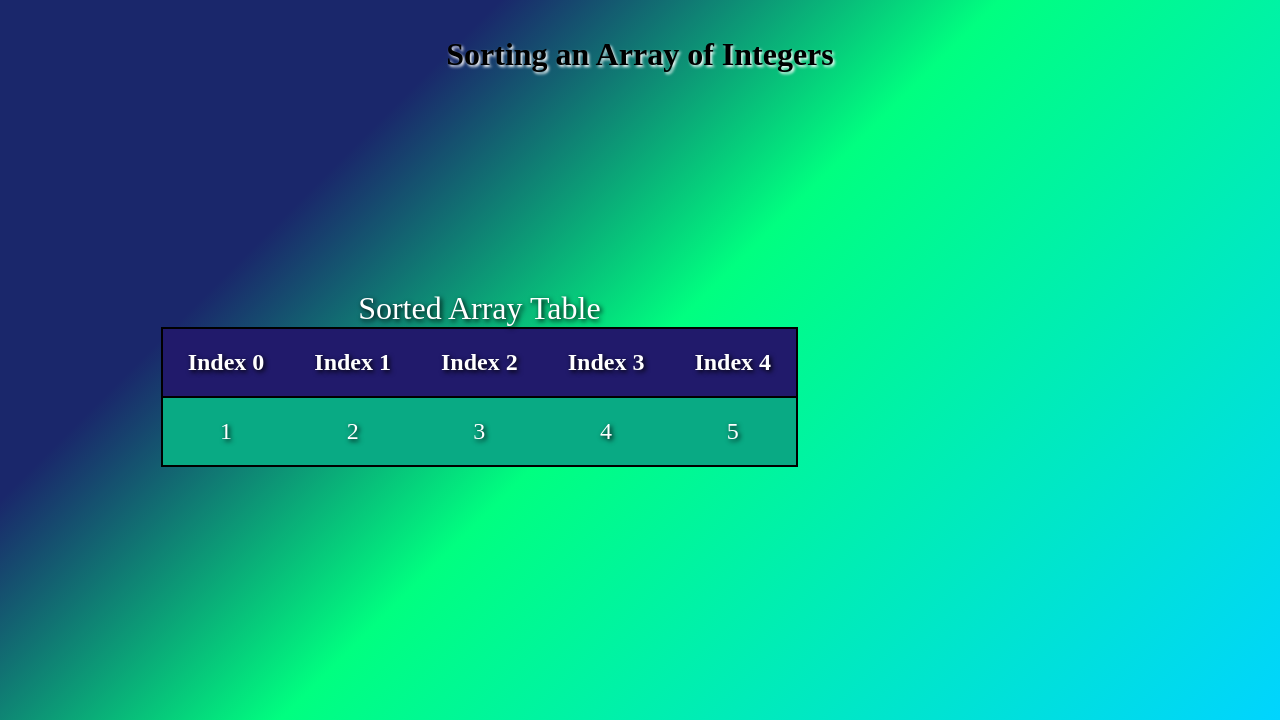
Repository: mlmEFSC21/P16-Sorting-Integers
Page: sort.html
These files come from the project's save history. The page is drawn as it stood at one moment and after the next save; the edit follows.
The browser window is 1280 px wide. The pictures show the whole page.

Above is the page before, as saved 2022-03-25 14:17:00.

### sort.html
<!DOCTYPE html>
<html lang="en">
    <head>
        <meta charset="UTF-8" />
        <meta http-equiv="X-UA-Compatible" content="IE=edge" />
        <meta name="viewport" content="width=device-width, initial-scale=1.0" />
        <link rel="stylesheet" href="sort.css" />
        <script defer src="sort.js"></script>
        <title>Array Sorting</title>
    </head>
    <body>
        <header class="mainHeader">
            <h1>Sorting an Array of Integers</h1>
        </header>
        <section>
            <div class="arrayContainer" id="arrayContainer">
                <!-- <table class="unsortedTable" id="unsortedTable">
                    <caption>
                        Unsorted Array Table
                    </caption>
                    <thead>
                        <tr class="theadRow">
                            <th>Index 0</th>
                            <th>Index 1</th>
                            <th>Index 2</th>
                            <th>Index 3</th>
                            <th>Index 4</th>
                        </tr>
                    </thead>
                    <tbody>
                        <tr>
                            <td>2</td>
                            <td>5</td>
                            <td>1</td>
                            <td>4</td>
                            <td>3</td>
                        </tr>
                    </tbody>
                </table> -->
                <table class="sortedTable" id="sortedTable">
                    <caption>
                        Sorted Array Table
                    </caption>
                    <thead>
                        <th>Index 0</th>
                        <th>Index 1</th>
                        <th>Index 2</th>
                        <th>Index 3</th>
                        <th>Index 4</th>
                    </thead>
                    <tbody>
                        <tr>
                            <td>1</td>
                            <td>2</td>
                            <td>3</td>
                            <td>4</td>
                            <td>5</td>
                        </tr>
                    </tbody>
                </table>
            </div>
        </section>
    </body>
</html>

### sort.css
:root {
    --clr-background: #00ff8f;
    --clr-primary-T1: hsl(184, 100%, 50%);
    --clr-primary-T2: hsl(245, 61%, 26%);
    --clr-secondary-T1: hsl(124, 100%, 50%);
    --clr-secondary-T2: hsl(166, 90%, 35%);
}
*,
*::after,
*::before {
    box-sizing: border-box;
    margin: 0;
    padding: 0;
}
body {
    font-size: 0.875;
    text-shadow: 1.75px 1.75px 3px white;
    background-color: var(--clr-background);
    background-repeat: no-repeat;
    background-size: cover;
    background: linear-gradient(
        135deg,
        rgba(26, 39, 107, 1) 25%,
        rgba(0, 255, 128, 1) 50%,
        rgba(0, 212, 255, 1) 100%
    );
    height: 100vh;
}
.mainHeader {
    height: 15vh;
    display: flex;
    align-items: center;
    justify-content: center;
}
.arrayContainer {
    height: min(75vh, 640px);
    display: flex;
    align-items: center;
    justify-content: space-around;
}
table {
    border-collapse: collapse;
    font-size: 1.5rem;
    border: 2px solid black;
}
caption {
    font-size: 2rem;
}
thead {
    border-bottom: 2px solid black;
}
th,
td {
    margin: 10px 15px;
    padding: 20px 25px;
}
.unsortedTable th {
    background-color: var(--clr-primary-T1);
}
.unsortedTable td {
    background-color: var(--clr-secondary-T1);
    text-align: center;
}
.sortedTable {
    color: white;
    text-shadow: 1.75px 1.75px 5px black;
}
.sortedTable th {
    background-color: var(--clr-primary-T2);
}
.sortedTable td {
    background-color: var(--clr-secondary-T2);
    text-align: center;
}

### sort.js
//hardcoded array to create logic for the sort.
const unsortedArray = [];
const sortedArray = unsortedArray.sort((a, b) => a - b);
const arrayContainer = document.querySelector("#arrayContainer");
const unsortedTable = document.createElement("table");
unsortedTable.setAttribute("class", "unsortedTable");
arrayContainer.append(unsortedTable);

const sortedTable = document.createElement("table");

// let i = 0;
// while (i < 5) {
//     unsortedArray[i] = parseInt(prompt("Please enter an integer."));
//     i++;
// }

console.log(unsortedArray);
console.log(sortedArray);

// prettier-ignore
// document.getElementById("unsorted").innerText =
// `${unsortedArray[0]} ${unsortedArray[1]} ${unsortedArray[2]} ${unsortedArray[3]} ${unsortedArray[4]} `;

// // prettier-ignore
// document.getElementById("sorted").innerText =
// `${sortedArray[0]} ${sortedArray[1]} ${sortedArray[2]} ${sortedArray[3]} ${sortedArray[4]} `;

After the next save:
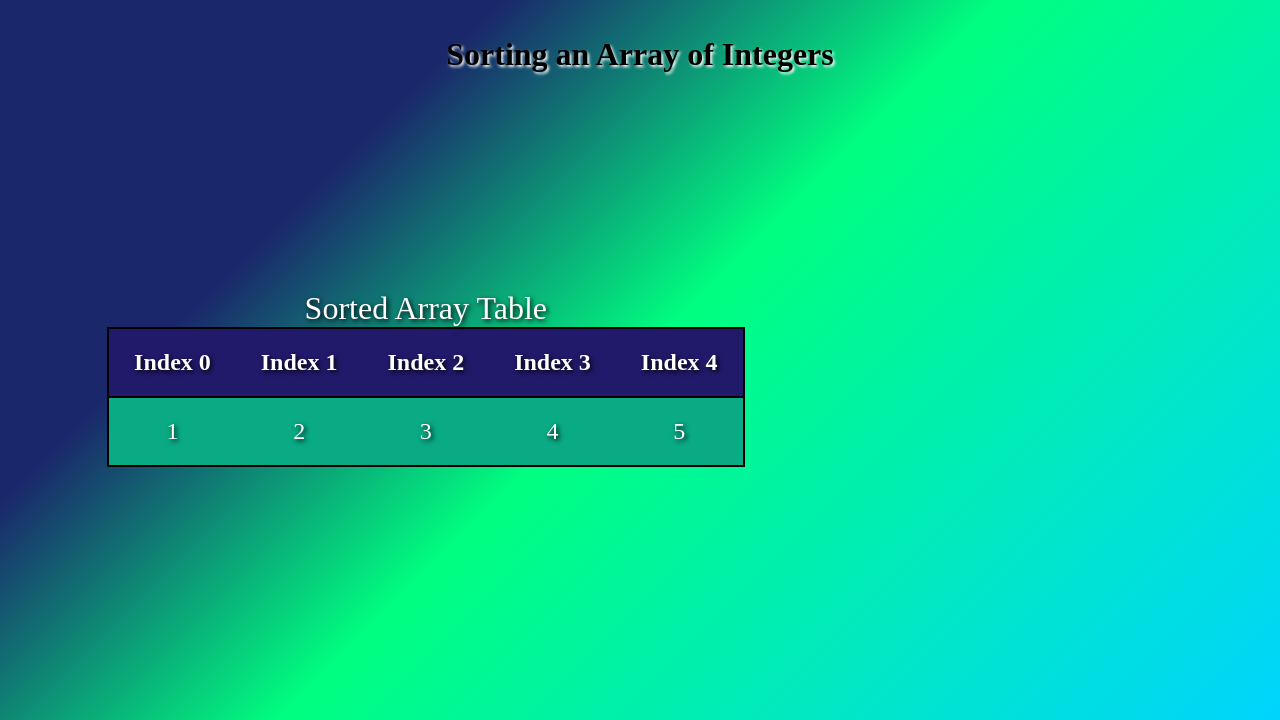
Saved 75 s later.
--- a/sort.js
+++ b/sort.js
@@ -7,6 +7,8 @@ unsortedTable.setAttribute("class", "unsortedTable");
 arrayContainer.append(unsortedTable);
 
 const sortedTable = document.createElement("table");
+sortedTable.setAttribute("class", "sortedTable");
+arrayContainer.append(sortedTable);
 
 // let i = 0;
 // while (i < 5) {
